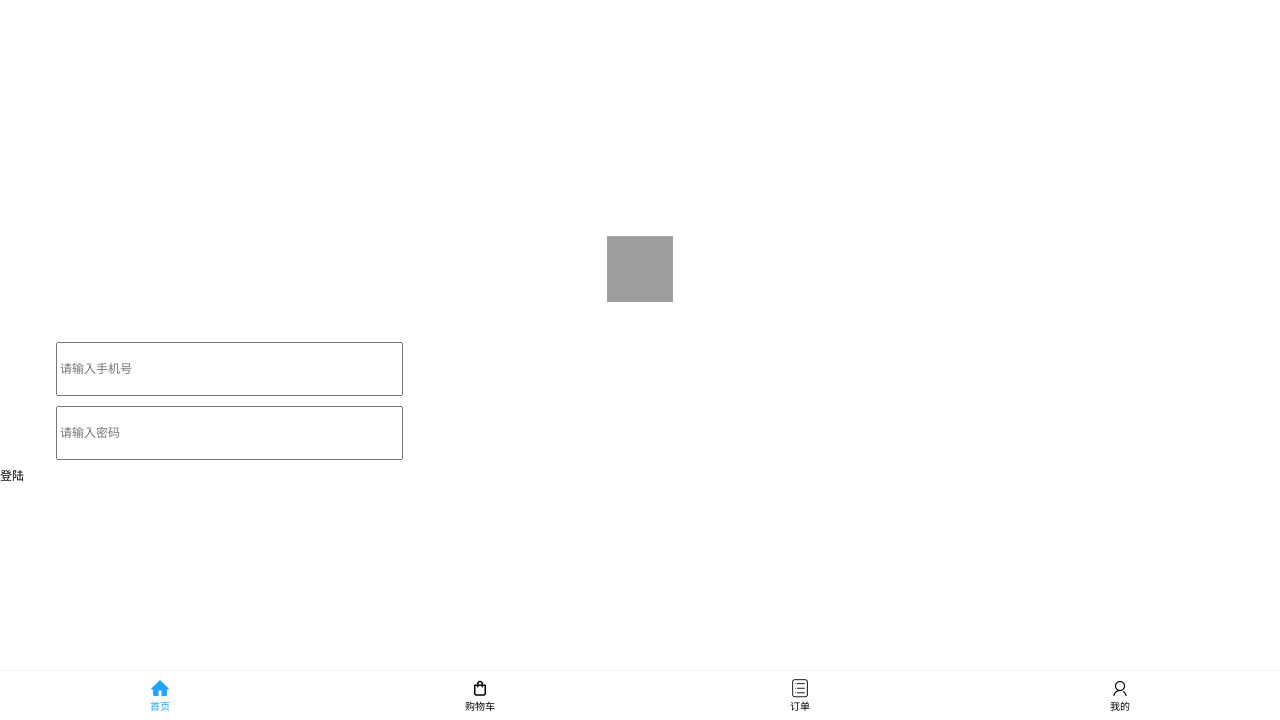
Repository: nestzero/mallapp
Page: /#/login
An editor plug-in stored every save of this project. The page is shown before and after the next save, followed by the edit.
The browser window is 1280 px wide. The pictures show the whole page.
Pictures or frames that could not be fetched are drawn as grey boxes. The project was rebuilt for these pictures with package versions that can differ from the ones it lists, and the page was loaded fresh each time. Also part of the build but not shown: vue.config.js.

Above is the page before, as saved 2022-03-07 22:40:15.

After the next save:
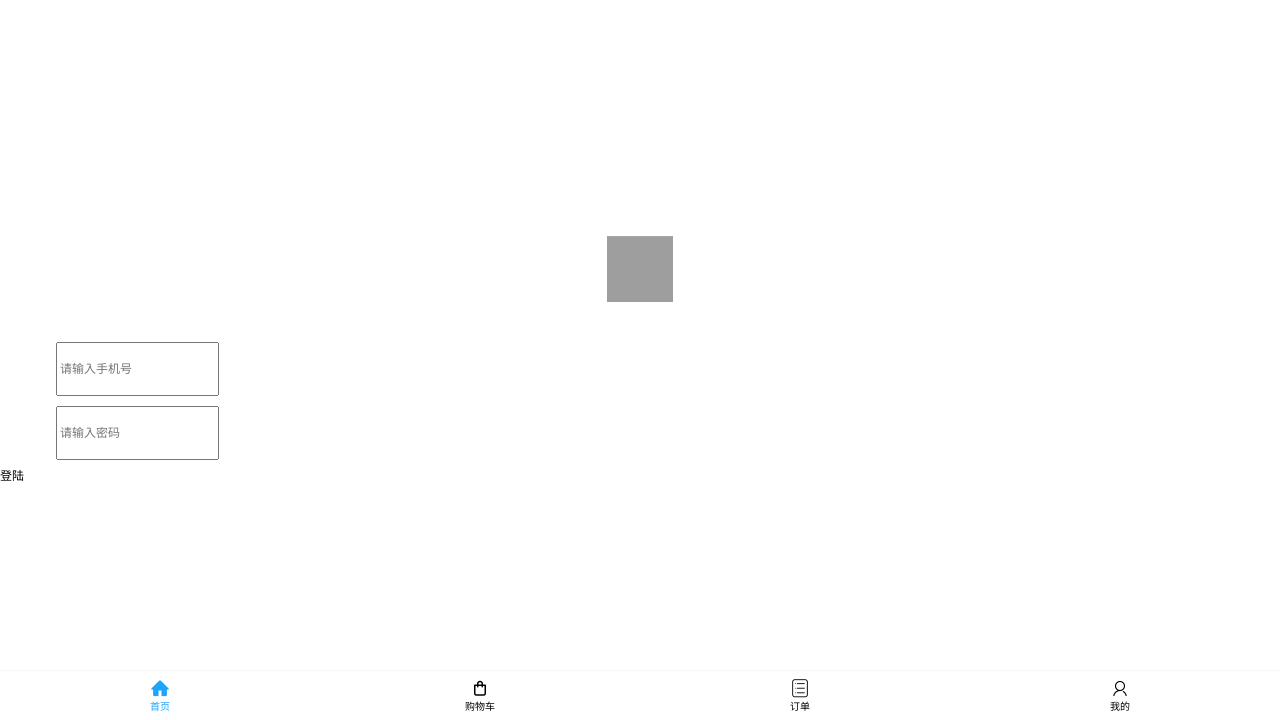
Saved 11 s later.
--- a/src/components/content/login/Login.vue
+++ b/src/components/content/login/Login.vue
@@ -44,7 +44,7 @@ export default {};
     padding: 0 .16rem;
 
     &_content{
-      width: 3.39rem;
+
       height: .48rem;
 
     }
